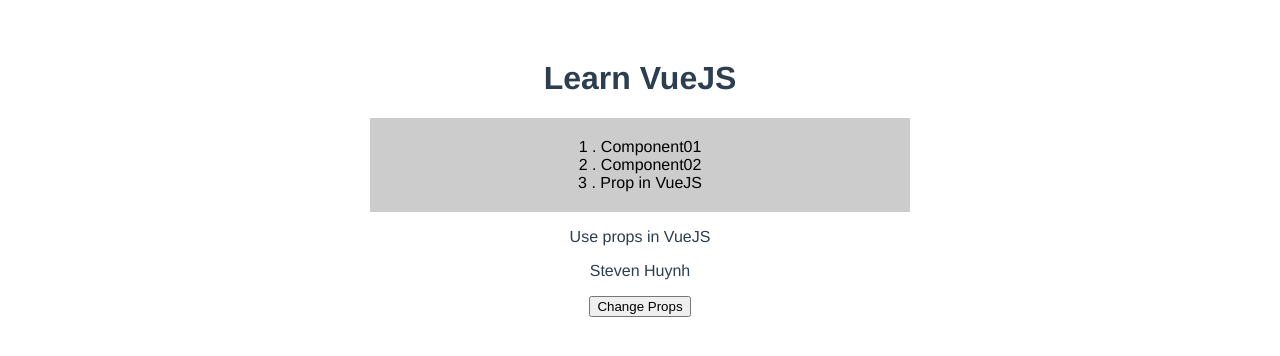
Repository: SWE-VueJS/vue-todo
Page: /#/User
The author's editor kept a copy of each file at every save. The page is drawn from the files as they stood at one save, then again after the next save.
The browser window is 1280 px wide. The pictures show the whole page.
The project was rebuilt for these pictures with package versions that can differ from the ones it lists, and the page was loaded fresh each time. Also part of the build but not shown: src/components/Component01.vue, src/components/Component02.vue, src/components/UserDetail.vue.

Above is the page before, as saved 2018-11-01 10:49:42.

### index.html
<!DOCTYPE html>
<html>
  <head>
    <meta charset="utf-8">
    <meta name="viewport" content="width=device-width,initial-scale=1.0">
    <title>vue-learn</title>
  </head>
  <body>
    <div id="app"></div>
    <!-- built files will be auto injected -->
  </body>
</html>

### src/App.vue
<template>
  <div id="app">
    <h1>{{title}}</h1>
    <div class="list-cpn">
      <ul class="list flexbox">
        <li class="item" v-for="(item, index) in listComponents" :key="index">
          <router-link :to="{path: item.link }">{{index + 1}} . {{item.name}}</router-link>
        </li>
      </ul>
    </div>
    <router-view/>
  </div>
</template>

<script>
import cpn01 from '@/components/Component01'
import cpn02 from '@/components/Component02'
import user from '@/components/User'
export default {
  components: {cpn01, cpn02, user},
  name: 'App',
  data: function(){
    return {
      title: 'Learn VueJS',
      listComponents: [
        {name: 'Component01', link: 'Component01'},
        {name: 'Component02', link: 'Component02'},
        {name: 'Prop in VueJS', link: 'User'}
      ]
    }
  }
}
</script>

<style>
a{
  color: #000;
  text-decoration: none;
}
#app {
  font-family: 'Avenir', Helvetica, Arial, sans-serif;
  -webkit-font-smoothing: antialiased;
  -moz-osx-font-smoothing: grayscale;
  text-align: center;
  color: #2c3e50;
  margin-top: 60px;
}
.flexbox{
  display: flex;
}
.justify-content-center{
  justify-content: center;
}
.list{
  list-style: none;
  flex-direction: column;
  background-color: #ccc;
  padding: 20px;
  width: 500px;
  margin: 0 auto;
}
</style>

### src/router/index.js
import Vue from 'vue'
import Router from 'vue-router'
import Component01 from '@/components/Component01'
import Component02 from '@/components/Component02'
import User from '@/components/User'

Vue.use(Router)

export default new Router({
  routes: [
    {
      path: '/Component01',
      name: 'cpn01',
      component: Component01
    },
    {
      path: '/Component02',
      name: 'cpn02',
      component: Component02
    },
     {
      path: '/User',
      name: 'user',
      component: User
    }
  ]
})

### src/components/User.vue
<template>
  <div class="wraper">
      <p>{{title}}</p>
      <p>{{name}}</p>
      <userdetail :getName="name"></userdetail>
      <button @click="ChangeProps">Change Props</button>
  </div>
</template>
<script>
    import userdetail from '@/components/UserDetail'
    export default{
        name: 'user',
        data (){
            return {
                title: 'Use props in VueJS',
                name: 'Steven Huynh'
            }
        },
        methods: {
            ChangeProps: function(){
                this.title = 'Change props in VueJS for User detail';
                this.name = 'Huynh Trong Dai'
            }
        }
    }
</script>
<style scoped>

</style>

Loaded but not shown: src/main.js (common file)

After the next save:
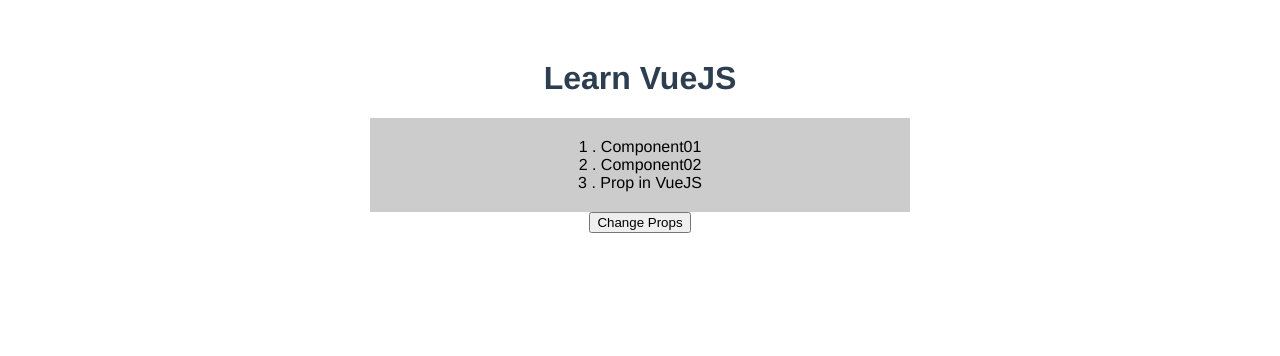
Saved 11 min 13 s later.
--- a/src/components/User.vue
+++ b/src/components/User.vue
@@ -1,7 +1,7 @@
 <template>
   <div class="wraper">
-      <p>{{title}}</p>
-      <p>{{name}}</p>
+      <!-- <p>{{title}}</p>
+      <p>{{name}}</p> -->
       <userdetail :getName="name"></userdetail>
       <button @click="ChangeProps">Change Props</button>
   </div>
